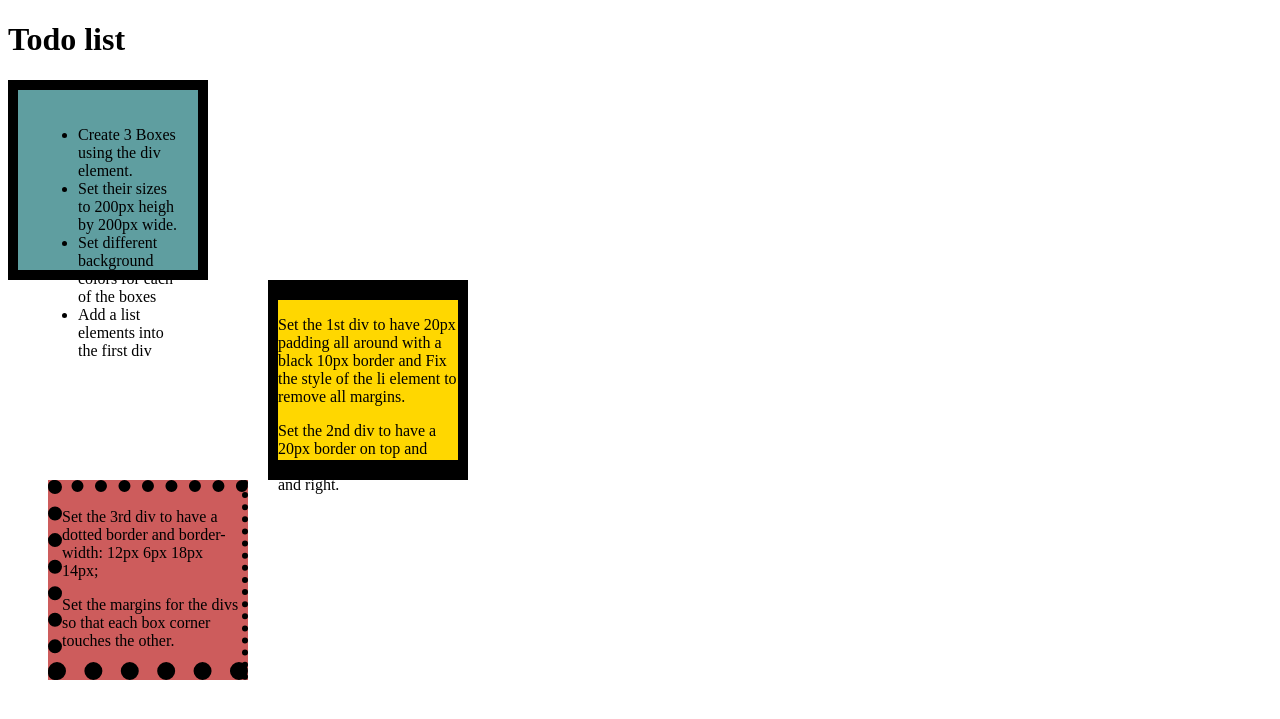
Repository: aniatot/CSS_KT
Page: 1 CSS Box Model/index.html
An editor plug-in stored every save of this project. The page is shown before and after the next save, followed by the edit.
The browser window is 1280 px wide. The pictures show the whole page.

Above is the page before, as saved 2023-10-20 10:19:27.

After the next save:
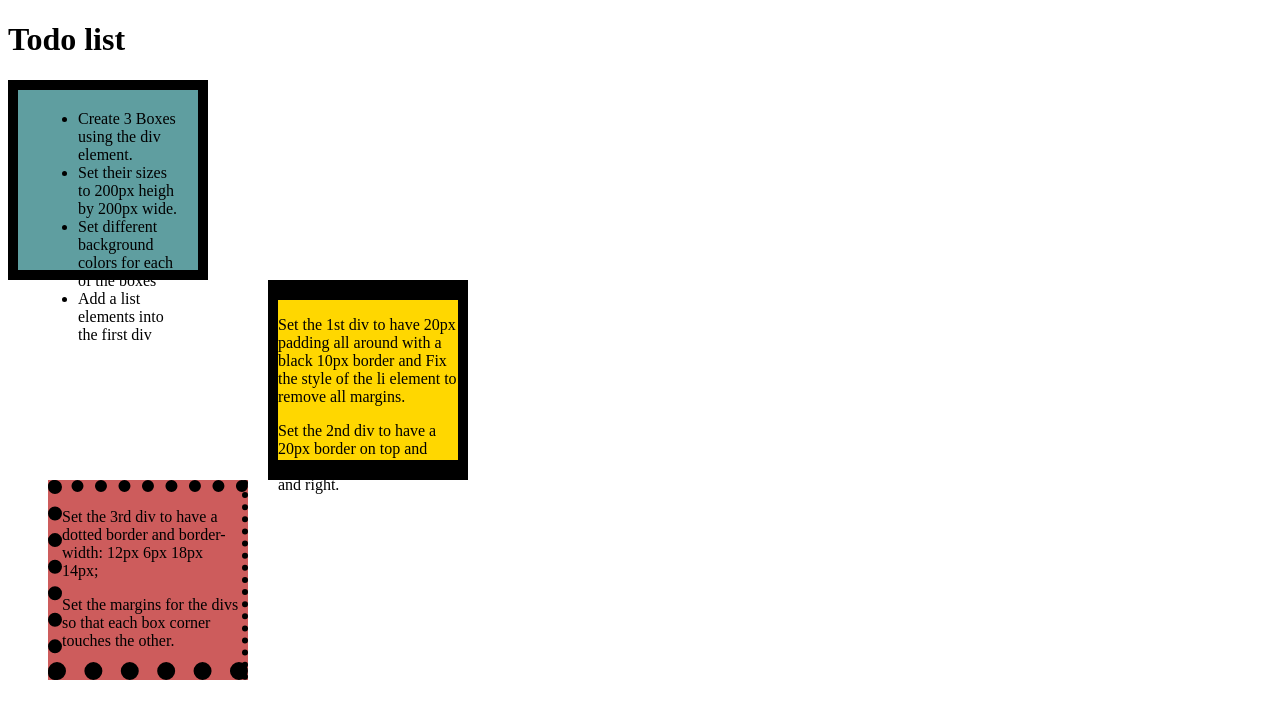
Saved 80 s later.
--- a/1 CSS Box Model/index.html
+++ b/1 CSS Box Model/index.html
@@ -12,9 +12,9 @@
       box-sizing: border-box;
     }
 
-/*     ul, li {
+    ul, li {
       margin: 0;
-    } */
+    }
 
     #first {
       background-color: cadetblue;
